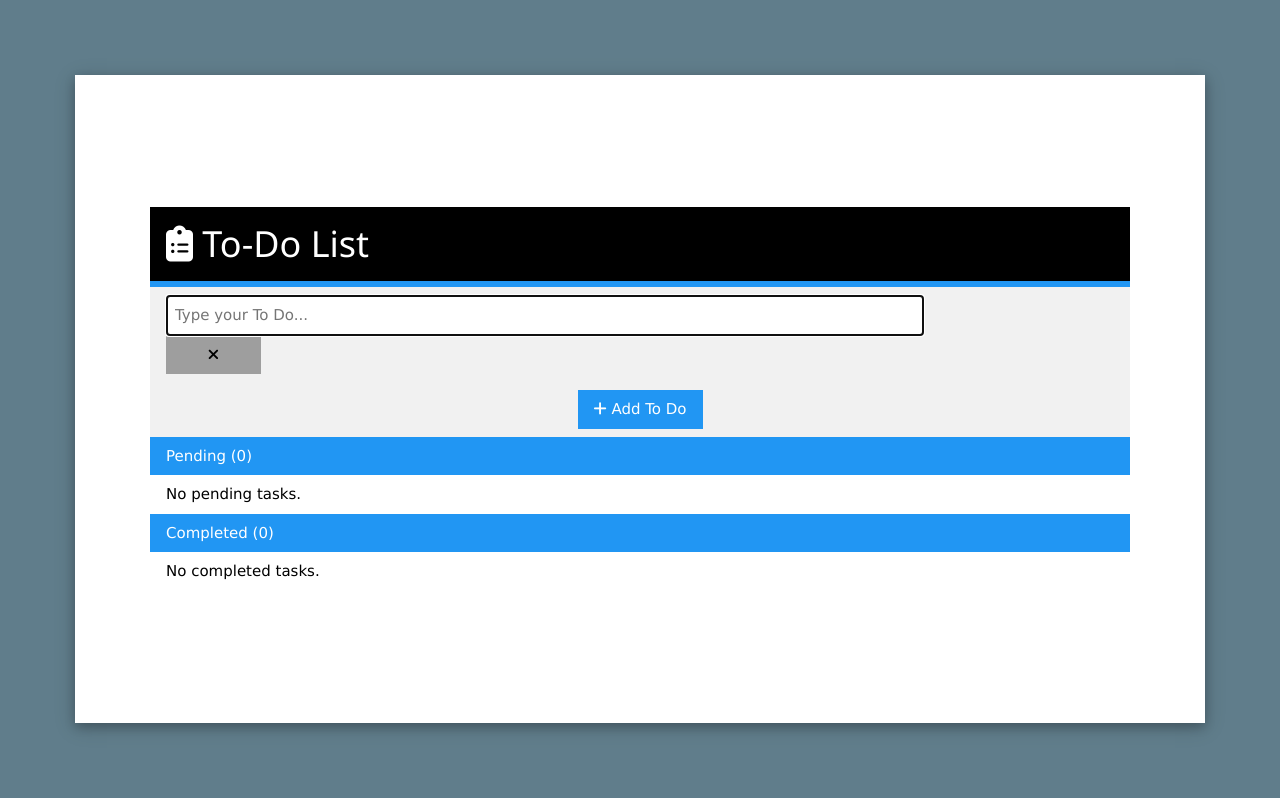
Repository: bclover/vue3-design-patterns-book
Page: /
An editor plug-in stored every save of this project. The page is shown before and after the next save, followed by the edit.
The browser window is 1280 px wide. The pictures show the whole page.
The project was rebuilt for these pictures with package versions that can differ from the ones it lists, and the page was loaded fresh each time. Also part of the build but not shown: vite.config.ts.

Above is the page before, as saved 2023-06-19 22:50:41.

After the next save:
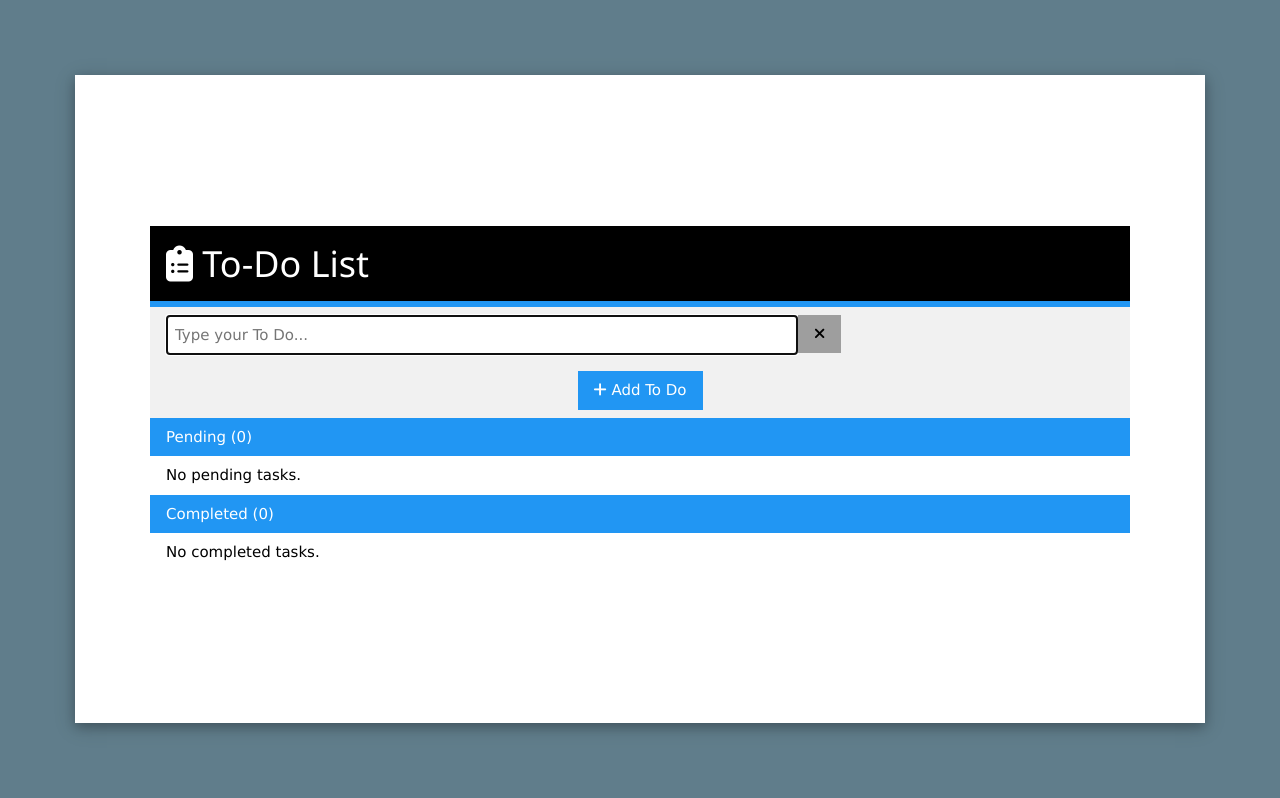
Saved 55 s later.
--- a/src/components/ToDos.vue
+++ b/src/components/ToDos.vue
@@ -42,15 +42,18 @@ function addToDo() {
     <!-- Remove & Add Buttons -->
     <div class="w3-container flex-container w3-light-gray w3-padding">
       <input
-        class="w3-input w3-border"
+        class="w3-input w3-twothird w3-border"
         type="text"
-        style="width: 80%"
         autofocus
         v-model="_todo_text"
         @keyup.enter="addToDo()"
         placeholder="Type your To Do..."
       />
-      <button class="w3-button w3-gray" @click="clearToDo()" style="width: 10%">
+      <button
+        class="w3-button w3-gray"
+        style="width: 43px"
+        @click="clearToDo()"
+      >
         <i class="fa-solid fa-times"></i>
       </button>
     </div>
